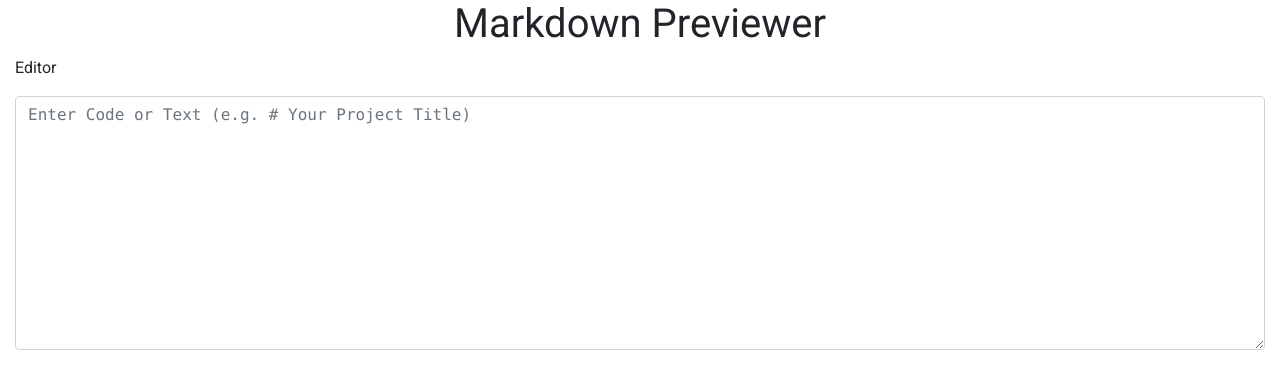
Repository: derektypist/markdown-previewer
Page: index.html
The author's editor kept a record of every edit. The page is drawn from the files as they stood at one moment, then again after the next edit.
The browser window is 1280 px wide. The pictures show the whole page.

Above is the page before.

### index.html
<!DOCTYPE html>
<html lang="en">

<head>
    <meta charset="UTF-8">
    <meta name="viewport" content="width=device-width, initial-scale=1.0">
    <meta http-equiv="X-UA-Compatible" content="ie=edge">
    <title>Markdown Previewer</title>
    <!-- Load Style Sheets -->
    <link rel="stylesheet" href="https://maxcdn.bootstrapcdn.com/bootstrap/4.4.1/css/bootstrap.min.css" integrity="sha384-Vkoo8x4CGsO3+Hhxv8T/Q5PaXtkKtu6ug5TOeNV6gBiFeWPGFN9MuhOf23Q9Ifjh" crossorigin="anonymous">
    <link href="https://fonts.googleapis.com/css?family=Roboto&display=swap" rel="stylesheet">
    <style>
        /* Heading H1 */

        h1 {
            font-family: "Roboto", Arial, Verdana, sans-serif;
            text-align: center;
        }

        /* Editor */

        p {
            font-family: "Roboto", Arial, Verdana, sans-serif;
        }

        #editor {
            font-family: "Consolas", monospace;
        }
    </style>
    <!-- Load Scripts -->
    <script src="https://cdn.jsdelivr.net/npm/marked/marked.min.js"></script>
    <script src="https://ajax.googleapis.com/ajax/libs/jquery/3.4.1/jquery.min.js"></script>
    <script>
        // Define Function
        function displayPreview() {
            $("#preview").html(
                `<p>{marked('# Your project title')}</p>
                <p>{marked('## UX')}`);
        }
    </script>
</head>

<body>
    <!-- Set Up Heading -->
    <header class="container-fluid">
        <h1>Markdown Previewer</h1>
    </header>

    <!-- Set Up Section -->
    <section class="container-fluid">
        <!-- Set Up Editor -->
        <article>
            <p>Editor</p>
                <textarea class="form-control" id="editor" rows="10" placeholder="Enter Code or Text (e.g. # Your Project Title)" oninput="displayPreview()"></textarea>

                <!-- Set Up Previewer -->
                <article id="preview"></article>

        </article>
    </section>
</body>

</html>

After the next edit:
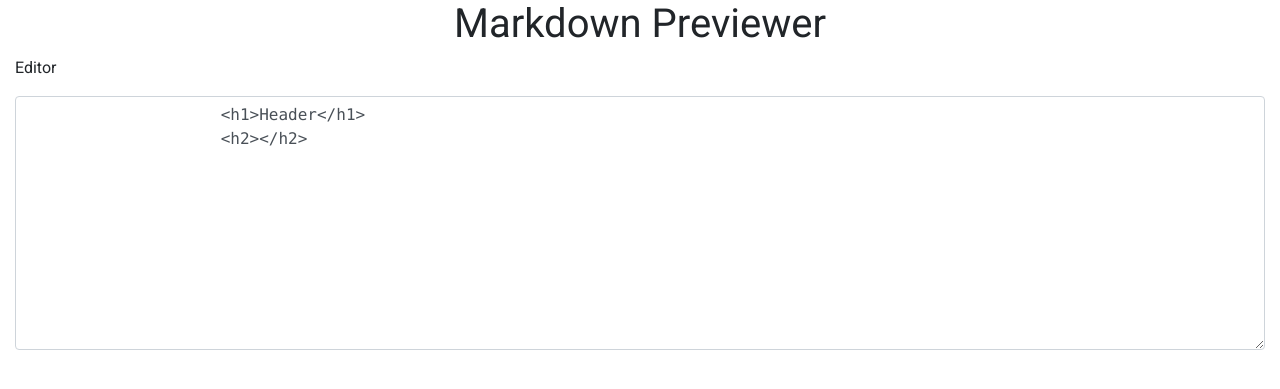
The edit:
--- a/index.html
+++ b/index.html
@@ -51,7 +51,9 @@
         <!-- Set Up Editor -->
         <article>
             <p>Editor</p>
-                <textarea class="form-control" id="editor" rows="10" placeholder="Enter Code or Text (e.g. # Your Project Title)" oninput="displayPreview()"></textarea>
+                <textarea class="form-control" id="editor" rows="10" placeholder="Enter Code or Text (e.g. # Your Project Title)" oninput="displayPreview()">
+                    <h1>Header</h1>
+                    <h2></h2></textarea>
 
                 <!-- Set Up Previewer -->
                 <article id="preview"></article>
